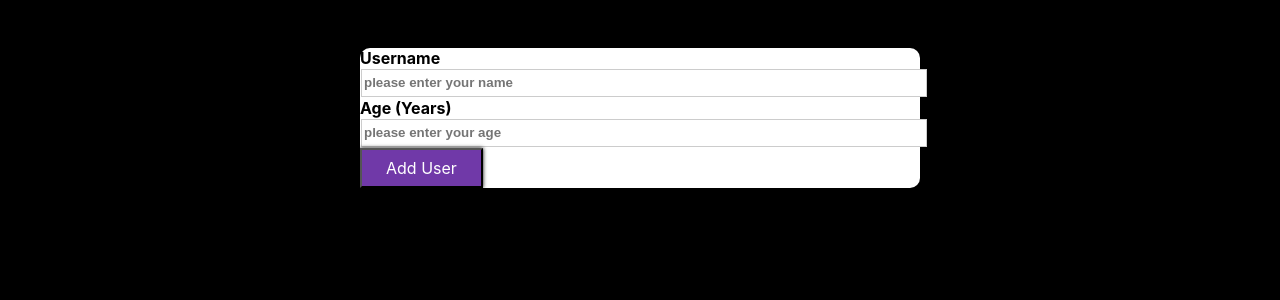
Repository: NamalPathirana/section-eight
Page: /
These files come from the project's save history. The page is drawn as it stood at one moment and after the next save; the edit follows.
The browser window is 1280 px wide. The pictures show the whole page.
The project was rebuilt for these pictures with package versions that can differ from the ones it lists, and the page was loaded fresh each time.

Above is the page before, as saved 2021-11-26 02:53:43.

### src/index.css
body {
  margin: 0;
  padding: 0%;
  height: 100%;
  width: 100%;
  display: flex;
  flex-direction: column;
  background-color: black;
  font-family: -apple-system, BlinkMacSystemFont, 'Segoe UI', 'Roboto', 'Oxygen',
    'Ubuntu', 'Cantarell', 'Fira Sans', 'Droid Sans', 'Helvetica Neue',
    sans-serif;
  -webkit-font-smoothing: antialiased;
  -moz-osx-font-smoothing: grayscale;
}

code {
  font-family: source-code-pro, Menlo, Monaco, Consolas, 'Courier New',
    monospace;
}

### src/App.js
import logo from './logo.svg';
import './App.css';
import UserInput from './Components/UserInput/UserInput';

function App() {
  return (
    <div className="App">
      <section>
      <UserInput></UserInput>
      </section>

    </div>
  );
}

export default App;

### src/App.css
.App {


}

### src/Components/UserInput/UserInput.js
import Button from '../../UI/Button/Button';
import styles from './UserInput.module.css'

const UserInput = () => {
    return (
        <form>
        <div className={styles.frame}>
            <label>Username</label>
            <input placeholder='please enter your name'/>
            <label>Age (Years)</label>
            <input placeholder='please enter your age'/>
            <Button name='Add User'></Button>
        </div>
        </form>
    );
};

export default UserInput;

### src/UI/Button/Button.js
import styles from "./Button.module.css";

const Button = (props) => {
  return <button className={styles.button}>{props.name}</button>;
};

export default Button;

### src/Components/UserInput/UserInput.module.css
.frame{
    margin: 0.5rem 0.5rem;
    padding: auto;
    width: 35rem;
    max-width: 90%;
    margin: 3rem auto;
    background-color: white;
    border-radius: 10px;

}

.frame input{
    display: block;
    font-weight: bold;
    border: 1px solid #ccc;
    line-height: 1.5rem;
    padding: 100 0.25rm;
    width: 100%;
    margin: 1px;
}

.frame label{
    display: block;
    align-content: flex-start;
    font-weight: bold;
}

### src/UI/Button/Button.module.css
.button{
    font: inherit;
    padding: 0.5rem 1.5rem;
    background-color: rgb(112, 57, 168);
    color:white;
    box-shadow: 0 0 4px black;
    cursor: pointer;
    width: auto;
}

.button:focus{
    outline: none;
}

.button:hover,.button:active{
    background-color: rgb(185, 140, 231);
    border-color: rgb(185, 140, 231);
    box-shadow: 0 0 8px black;
}

Loaded but not shown: public/index.html (common file); src/index.js (common file); src/reportWebVitals.js (common file)

After the next save:
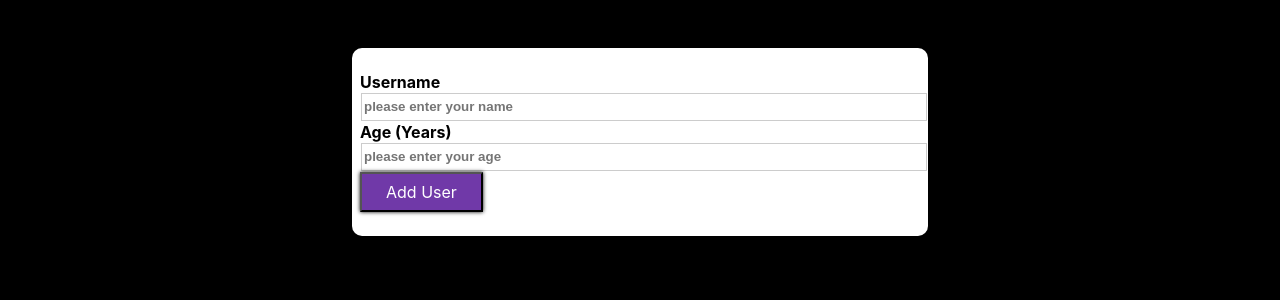
Saved 10 s later.
--- a/src/Components/UserInput/UserInput.module.css
+++ b/src/Components/UserInput/UserInput.module.css
@@ -1,6 +1,6 @@
 .frame{
     margin: 0.5rem 0.5rem;
-    padding: auto;
+    padding: 1.5rem 0.5rem;
     width: 35rem;
     max-width: 90%;
     margin: 3rem auto;
